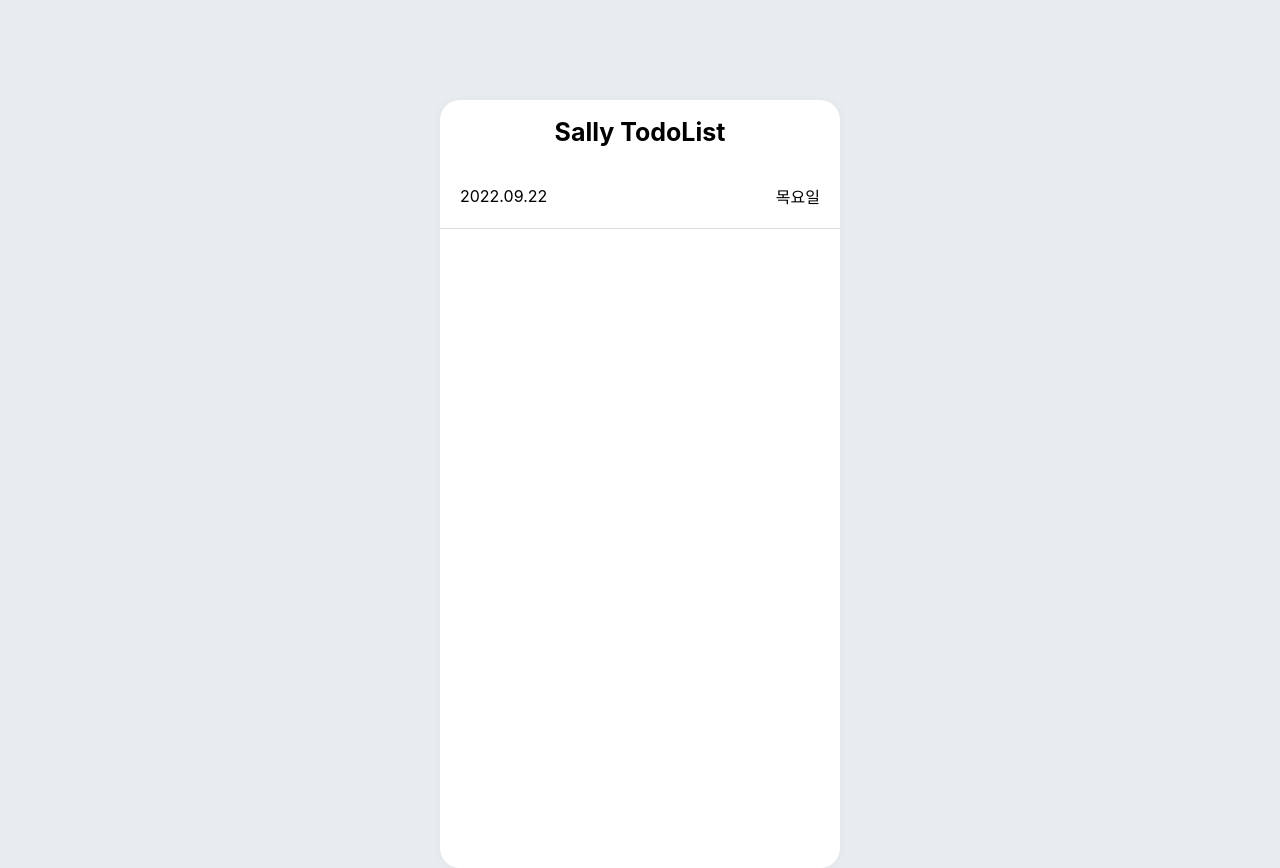
Repository: kwak0630/react-todo
Page: /
These files come from the project's save history. The page is drawn as it stood at one moment and after the next save; the edit follows.
The browser window is 1280 px wide. The pictures show the whole page.
The project was rebuilt for these pictures with package versions that can differ from the ones it lists, and the page was loaded fresh each time.

Above is the page before, as saved 2022-09-22 15:08:19.

### src/App.js

import React from 'react'
import TodoTemplate from './components/TodoTemplate';
import TodoHeader from './components/TodoHeader';
import "./assets/css/style.scss"

function App() {
  return (
    <div>
      <TodoTemplate>
        <TodoHeader />
      </TodoTemplate>
    </div>
  );
}

export default App;

### src/components/TodoTemplate.js
import React from 'react';
import styled from 'styled-components';

const TodoTemplateBlock = styled.div`
    position: relative;

    display: flex;
    flex-direction: column;

    width: 400px;
    height: 768px;
    margin: 100px auto 0;

    background: white;
    border-radius: 20px;
    box-shadow: 0 0 8px 0 rgba(0, 0, 0, 0.04);
`;

function TodoTemplate({children}){
    return (
        <TodoTemplateBlock>
            {children}
        </TodoTemplateBlock>
    )
}

export default TodoTemplate;

### src/components/TodoHeader.js
import React from 'react';
import styled from 'styled-components';

const TodoHeaderBlock = styled.div`
    text-align: center;
    h1{
        font-size: 25px;
    }
    .header-box{
        display: flex;
        justify-content: space-between;
        align-items: center;
        padding: 20px;
        border-bottom: 1px solid #ddd;
    }
`;

function TodoHeader(){
    return (
        <TodoHeaderBlock>
            <h1>Sally TodoList</h1>
            <div className="header-box">
                <span className='day'>2022.09.22</span>
                <span className='date'>목요일</span>
            </div>
        </TodoHeaderBlock>
    )
}

export default TodoHeader;

### src/assets/css/style.scss
* {
    box-sizing: border-box;
  }
  body {
    background: #e9ecef;
  }

Loaded but not shown: public/index.html (common file); src/index.js (common file); src/index.css (common file); src/reportWebVitals.js (common file)

After the next save:
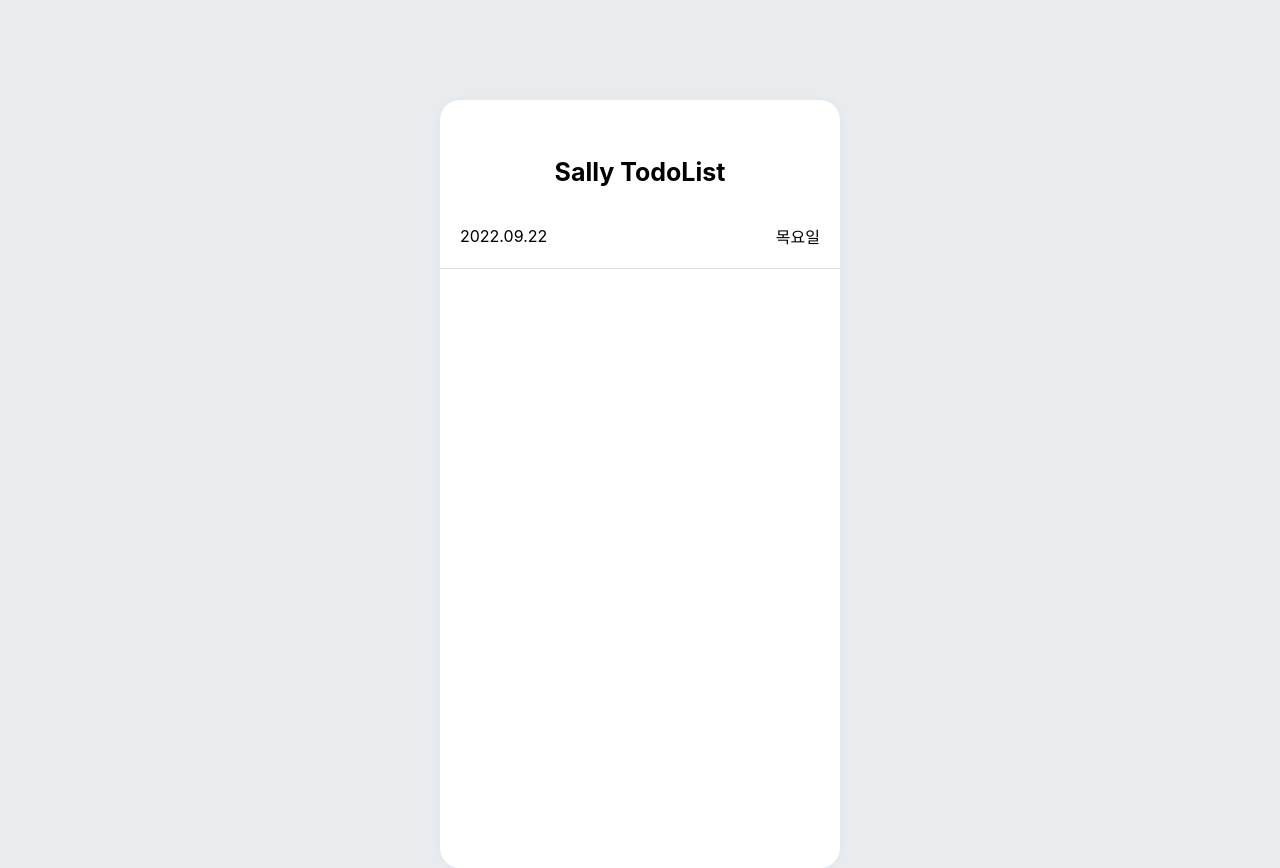
Saved 12 s later.
--- a/src/components/TodoHeader.js
+++ b/src/components/TodoHeader.js
@@ -2,6 +2,7 @@
 import styled from 'styled-components';
 
 const TodoHeaderBlock = styled.div`
+    padding:40px 0 0;
     text-align: center;
     h1{
         font-size: 25px;
